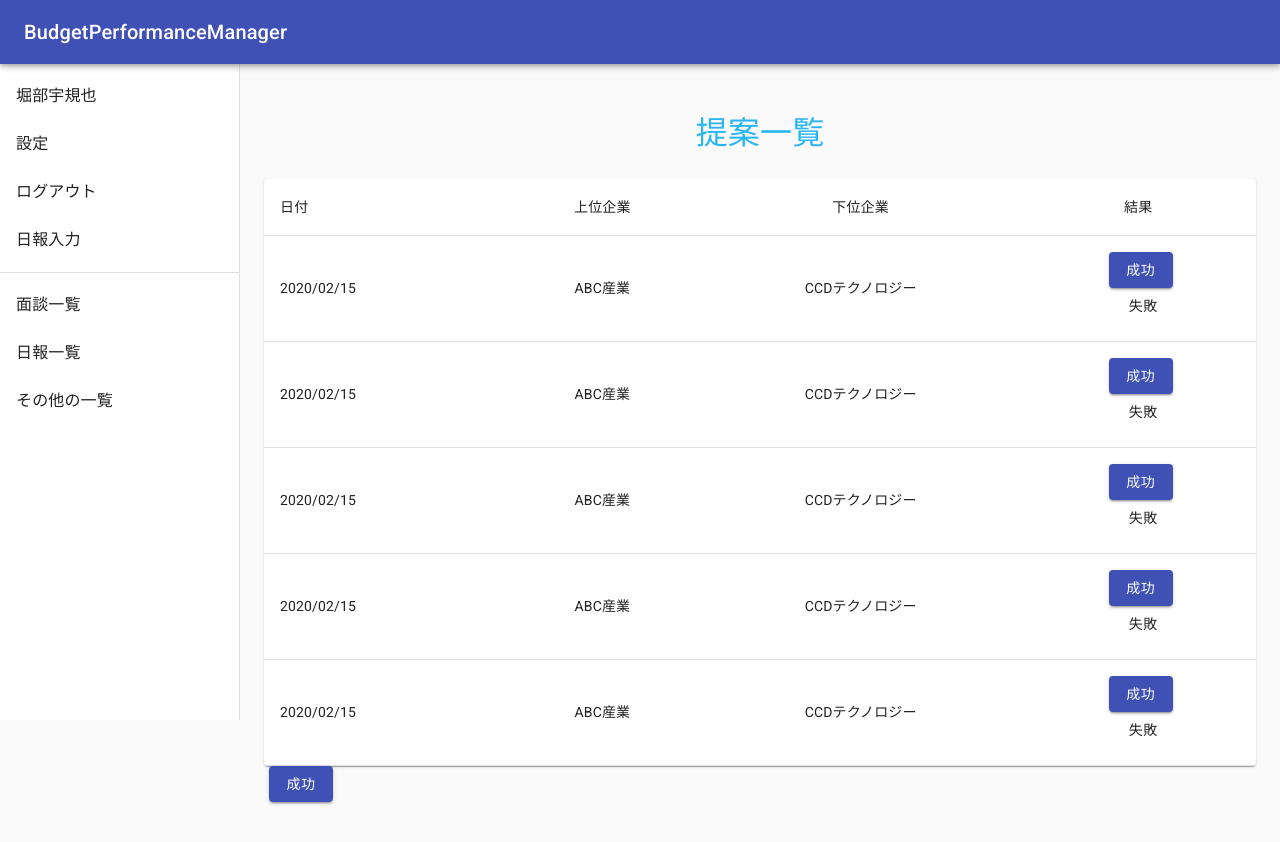
Repository: ukiyah/test
Page: / (app in src/)
An editor plug-in stored every save of this project. The page is shown before and after the next save, followed by the edit.
The browser window is 1280 px wide. The pictures show the whole page.
The project was rebuilt for these pictures with package versions that can differ from the ones it lists, and the page was loaded fresh each time. Also part of the build but not shown: src/material-dashboard-react.js, src/Navbars/ref_AdminNavbarLinks/customInputStyle.js, src/Navbars/ref_AdminNavbarLinks/CustomInput.js, src/Navbars/ref_AdminNavbarLinks/buttonStyle.js, src/Navbars/ref_AdminNavbarLinks/Button.js, src/Navbars/ref_AdminNavbarLinks/dropdownStyle.js, src/Navbars/ref_AdminNavbarLinks/headerLinksStyle.js, src/Navbars/AdminNavbarLinks.js and 4 more.

Above is the page before, as saved 2020-02-21 11:48:12.

After the next save:
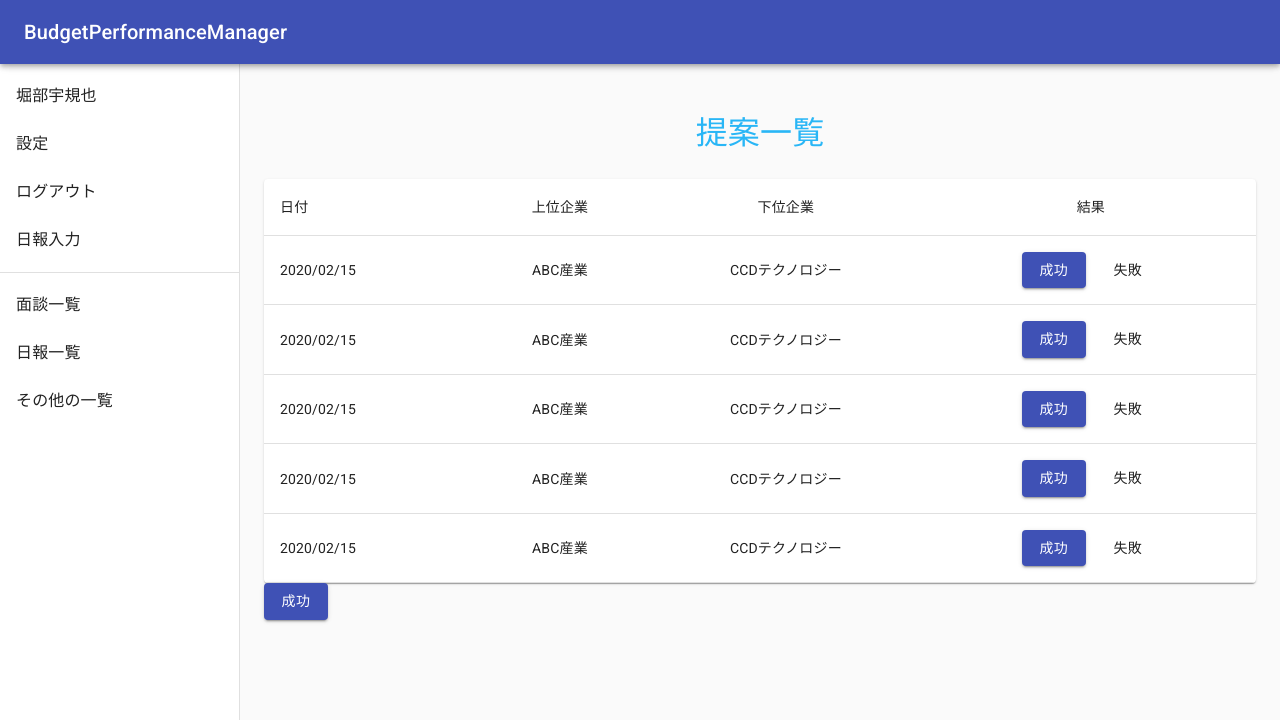
Saved 22 s later.
--- a/src/Button.js
+++ b/src/Button.js
@@ -15,20 +15,10 @@ export default function ContainedButtons(props) {
   const classes = useStyles();
 
   return (
-    <div className={classes.root}>
-      {/* <Button variant="contained">Default</Button>
-      <Button variant="contained" color="primary">
-        Primary
-      </Button>
-      <Button variant="contained" color="secondary">
-        Secondary
-      </Button>
-      <Button variant="contained" disabled>
-        Disabled
-      </Button> */}
+
       <Button variant="contained" color="primary" href="#contained-buttons">
         {props.name}
       </Button>
-    </div>
+
   );
 }
